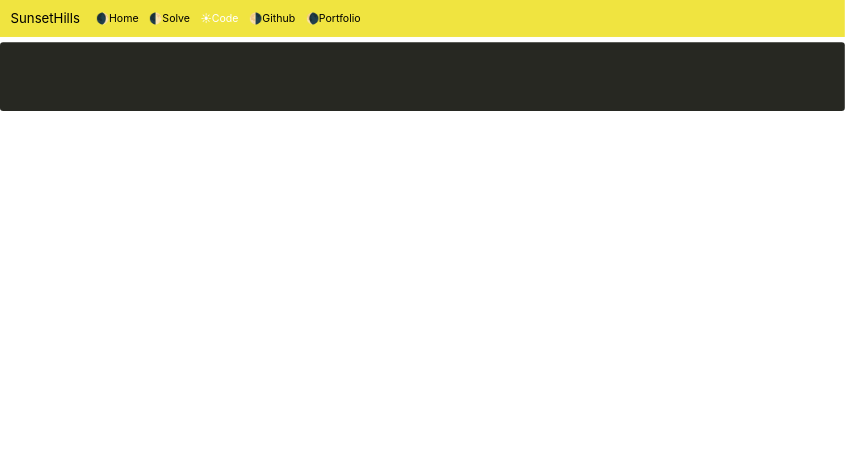
Repository: zhadjah9559/SunsetHills
Page: code.html
The author's editor kept a copy of each file at every save. The page is drawn from the files as they stood at one save, then again after the next save.
The browser window is 1280 px wide. The pictures show the whole page, at 66% of full size.

Above is the page before, as saved 2021-01-14 17:16:41.

### code.html
<!doctype html>
<html lang="en">
  <head>
    <title>Title</title>
    <!-- Required meta tags -->
    <meta charset="utf-8">
    <meta name="viewport" content="width=device-width, initial-scale=1, shrink-to-fit=no">
    <meta http-equiv="X-UA-Compatible" content="ie=edge">
    <title>Fizz Buzz Coding Challenge (Implementing the Meta Strat</title>


    <!-- Bootstrap CSS -->
    <link rel="stylesheet" href="https://stackpath.bootstrapcdn.com/bootstrap/4.3.1/css/bootstrap.min.css" integrity="sha384-ggOyR0iXCbMQv3Xipma34MD+dH/1fQ784/j6cY/iJTQUOhcWr7x9JvoRxT2MZw1T" crossorigin="anonymous">
    <link rel="stylesheet" href="css/custom.css">
    <link rel="stylesheet" href="css/prism.css">

  </head>
  <body>
    <nav class="navbar navbar-expand-sm navbar-dark" style="background-color:  #F0E440;">
        <a class="navbar-brand" href="#">SunsetHills</a>
        <button class="navbar-toggler d-lg-none" type="button" data-toggle="collapse" data-target="#collapsibleNavId" aria-controls="collapsibleNavId"
            aria-expanded="false" aria-label="Toggle navigation"></button>
        <div class="collapse navbar-collapse" id="collapsibleNavId">
            <ul class="navbar-nav mr-auto mt-2 mt-lg-0">
                <li class="nav-item">
                    <a class="nav-link" href="index.html">🌒Home </a>
                </li>
                <li class="nav-item">
                    <a class="nav-link" href="solve.html">🌓Solve </a>
                </li>
                <li class="nav-item">
                    <a class="nav-link active" href="code.html">☀Code <span class="sr-only">(current)</span></a>
                </li>
                <li class="nav-item">
                    <a class="nav-link" target="_blank" href="https://github.com/zhadjah9559/SunsetHills">🌗Github</a>
                </li>
                <li class="nav-item">
                    <a class="nav-link" target="_blank" href="https://www.zacharyhadjah.netlify.app">🌘Portfolio</a>
                </li>
            </ul>
        </div>
    </nav>

    <pre class="language-javascript">
        <code class="line-numbers">

        </code>
    </pre>

    <!-- Optional JavaScript -->
    <!-- jQuery first, then Popper.js, then Bootstrap JS -->
    <script src="https://code.jquery.com/jquery-3.3.1.slim.min.js" integrity="sha384-q8i/X+965DzO0rT7abK41JStQIAqVgRVzpbzo5smXKp4YfRvH+8abtTE1Pi6jizo" crossorigin="anonymous"></script>
    <script src="https://cdnjs.cloudflare.com/ajax/libs/popper.js/1.14.7/umd/popper.min.js" integrity="sha384-UO2eT0CpHqdSJQ6hJty5KVphtPhzWj9WO1clHTMGa3JDZwrnQq4sF86dIHNDz0W1" crossorigin="anonymous"></script>
    <script src="https://stackpath.bootstrapcdn.com/bootstrap/4.3.1/js/bootstrap.min.js" integrity="sha384-JjSmVgyd0p3pXB1rRibZUAYoIIy6OrQ6VrjIEaFf/nJGzIxFDsf4x0xIM+B07jRM" crossorigin="anonymous"></script>
    <script src="js/custom.js"></script>
    <script src="js/prism.js"></script>

  </body>
</html>

### css/custom.css
.navbar-dark .navbar-nav .active>.nav-link{
    color:black;
}
.navbar-dark .navbar-nav .nav-link{
    color:black;
}
.navbar .navbar-brand{
    color:black;
}

.container {
    width:960px;
    height:640px;
    position:absolute;
    top:50%;
    left:50%;
    margin-top:-320px;
    margin-left:-480px;
}

### css/prism.css
/* PrismJS 1.23.0
https://prismjs.com/download.html#themes=prism-okaidia&languages=markup+css+clike+javascript&plugins=normalize-whitespace */
/**
 * okaidia theme for JavaScript, CSS and HTML
 * Loosely based on Monokai textmate theme by http://www.monokai.nl/
 * @author ocodia
 */

code[class*="language-"],
pre[class*="language-"] {
	color: #f8f8f2;
	background: none;
	text-shadow: 0 1px rgba(0, 0, 0, 0.3);
	font-family: Consolas, Monaco, 'Andale Mono', 'Ubuntu Mono', monospace;
	font-size: 1em;
	text-align: left;
	white-space: pre;
	word-spacing: normal;
	word-break: normal;
	word-wrap: normal;
	line-height: 1.5;

	-moz-tab-size: 4;
	-o-tab-size: 4;
	tab-size: 4;

	-webkit-hyphens: none;
	-moz-hyphens: none;
	-ms-hyphens: none;
	hyphens: none;
}

/* Code blocks */
pre[class*="language-"] {
	padding: 1em;
	margin: .5em 0;
	overflow: auto;
	border-radius: 0.3em;
}

:not(pre) > code[class*="language-"],
pre[class*="language-"] {
	background: #272822;
}

/* Inline code */
:not(pre) > code[class*="language-"] {
	padding: .1em;
	border-radius: .3em;
	white-space: normal;
}

.token.comment,
.token.prolog,
.token.doctype,
.token.cdata {
	color: #8292a2;
}

.token.punctuation {
	color: #f8f8f2;
}

.token.namespace {
	opacity: .7;
}

.token.property,
.token.tag,
.token.constant,
.token.symbol,
.token.deleted {
	color: #f92672;
}

.token.boolean,
.token.number {
	color: #ae81ff;
}

.token.selector,
.token.attr-name,
.token.string,
.token.char,
.token.builtin,
.token.inserted {
	color: #a6e22e;
}

.token.operator,
.token.entity,
.token.url,
.language-css .token.string,
.style .token.string,
.token.variable {
	color: #f8f8f2;
}

.token.atrule,
.token.attr-value,
.token.function,
.token.class-name {
	color: #e6db74;
}

.token.keyword {
	color: #66d9ef;
}

.token.regex,
.token.important {
	color: #fd971f;
}

.token.important,
.token.bold {
	font-weight: bold;
}
.token.italic {
	font-style: italic;
}

.token.entity {
	cursor: help;
}

### js/custom.js
let sunsetOrder = "";

function BeginFunction(){
    //wire up all the data to the building variables
    let building1 = parseInt( document.getElementById("input1") )
    let building2 = parseInt( document.getElementById("input2") )
    let building3 = parseInt( document.getElementById("input3") )
    let building4 = parseInt( document.getElementById("input4") )
    let building5 = parseInt( document.getElementById("input5") )

    const buildings = document.querySelectorAll(".form-control").forEach( building =>{
        JasonsFunction()
    })

     //Put all the buildings into an array
     //let buildingsArray = [building1, building2, building3, building4, building5]


    //Create multiple functions for debugging purposes
    //helps keeps track of exactly where problems are
    //KeepTrackOfTallest();

}

function KeepTrackOfTallest(){


    //You will need to use  nested for loops. Nested for loops are how you can properly
    //compare elements inside of an array with eachother.

    //Loop starts at one because it will be the loop that is compared to all the
    //previous buildings that are infront of it
    for (let currentBuilding = 1; currentBuilding < buildingsArray.length; currentBuilding++) {

        //will be kept false UNTIL you find the tallest building
        //once tallest building is found, it will be switched to true
        let tallestBuilding = false

        //this loop starts at one because it will need to stay before the position of the
        //current building. It needs to stay before current building to properly compare
        //which building is taller. That is why the middle condition is
        // previousBuilding < currentBuilding
        for (let previousBuilding = 0; previousBuilding < currentBuilding; previousBuilding++) {

            //if any of the previous building are taller than the building that is currently being compared with,
            //then change the bool to true
            if(buildingsArray[previousBuilding] >= buildingsArray[currentBuilding]){
                tallest = true;
                break;
            }else
                continue;

        }
    }

    if(tallestBuilding == false)
        sunsetOrder.push("")
    else
        sunsetOrder.push("")

    results = sunsetOrder.join("");
    document.getElementById("results").innerHTML = `${results}`;
}

function JasonsFunction(){
    let maxHeight = buildingsArray[0]
    let viewOrder = new Array()
    viewOrder.push(building1)

    //if the current building is larger than the largest previous building, then add it to array
    //Determine maximum number algorithm
    for (let i = 1; i < array.length; i++) {
        if(buildingsArray[i] > maxheight){
            maxHeight = buildingsArray[i]
            viewOrder.push(maxheight)
        }
        document.getElementById("results").innerText =  `The ascending array is [ ${ascendingarray.join(",")}]`
    }
}

function clear(){
    buildings.querySelectorAll("")
}

Loaded but not shown: js/prism.js (library)

After the next save:
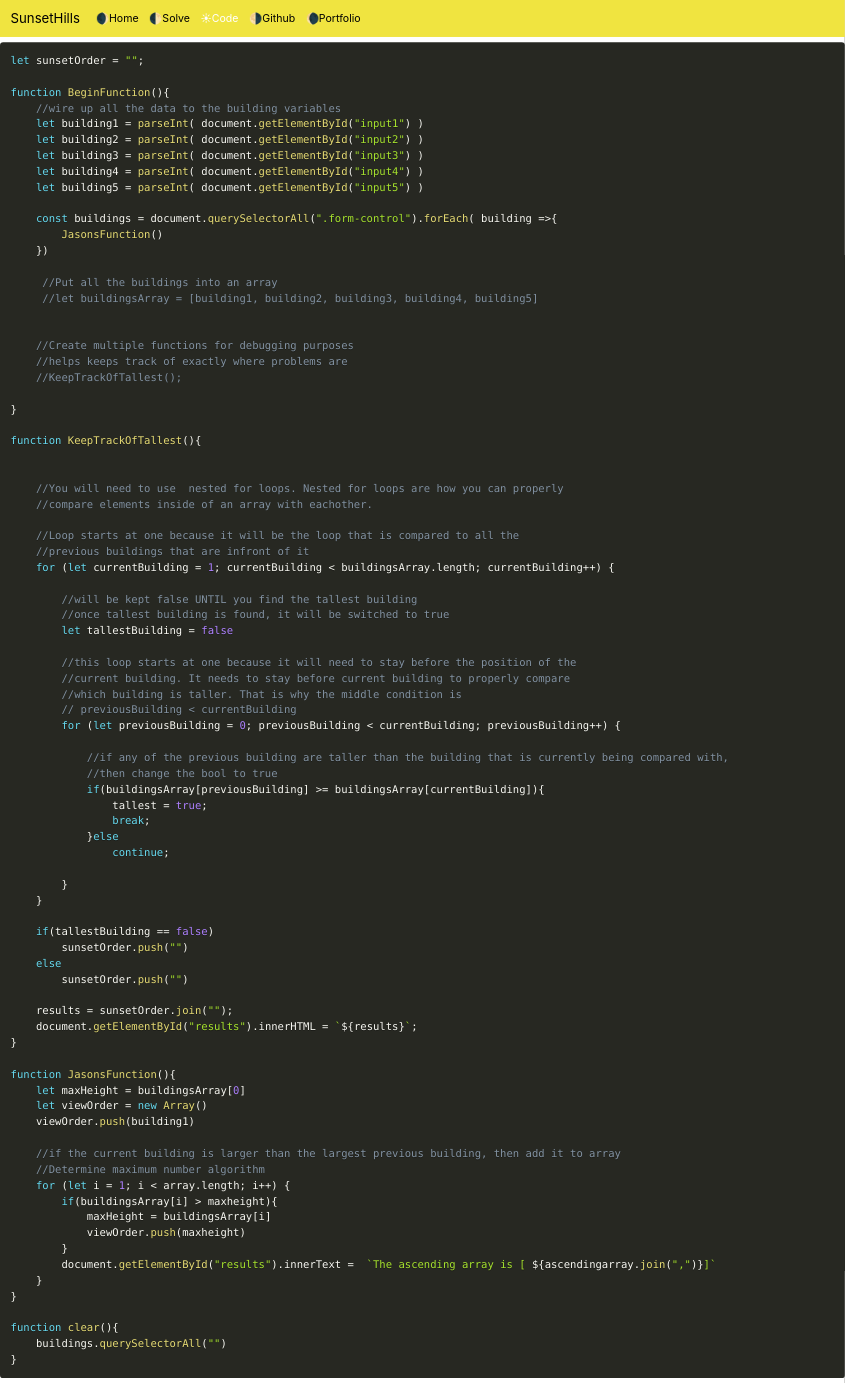
Saved 119 s later.
--- a/code.html
+++ b/code.html
@@ -43,7 +43,89 @@
 
     <pre class="language-javascript">
         <code class="line-numbers">
+            let sunsetOrder = "";
 
+function BeginFunction(){
+    //wire up all the data to the building variables
+    let building1 = parseInt( document.getElementById("input1") )
+    let building2 = parseInt( document.getElementById("input2") )
+    let building3 = parseInt( document.getElementById("input3") )
+    let building4 = parseInt( document.getElementById("input4") )
+    let building5 = parseInt( document.getElementById("input5") )
+
+    const buildings = document.querySelectorAll(".form-control").forEach( building =>{
+        JasonsFunction()
+    })
+
+     //Put all the buildings into an array
+     //let buildingsArray = [building1, building2, building3, building4, building5]
+
+
+    //Create multiple functions for debugging purposes
+    //helps keeps track of exactly where problems are
+    //KeepTrackOfTallest();
+
+}
+
+function KeepTrackOfTallest(){
+
+
+    //You will need to use  nested for loops. Nested for loops are how you can properly
+    //compare elements inside of an array with eachother.
+
+    //Loop starts at one because it will be the loop that is compared to all the
+    //previous buildings that are infront of it
+    for (let currentBuilding = 1; currentBuilding < buildingsArray.length; currentBuilding++) {
+
+        //will be kept false UNTIL you find the tallest building
+        //once tallest building is found, it will be switched to true
+        let tallestBuilding = false
+
+        //this loop starts at one because it will need to stay before the position of the
+        //current building. It needs to stay before current building to properly compare
+        //which building is taller. That is why the middle condition is
+        // previousBuilding < currentBuilding
+        for (let previousBuilding = 0; previousBuilding < currentBuilding; previousBuilding++) {
+
+            //if any of the previous building are taller than the building that is currently being compared with,
+            //then change the bool to true
+            if(buildingsArray[previousBuilding] >= buildingsArray[currentBuilding]){
+                tallest = true;
+                break;
+            }else
+                continue;
+
+        }
+    }
+
+    if(tallestBuilding == false)
+        sunsetOrder.push("")
+    else
+        sunsetOrder.push("")
+
+    results = sunsetOrder.join("");
+    document.getElementById("results").innerHTML = `${results}`;
+}
+
+function JasonsFunction(){
+    let maxHeight = buildingsArray[0]
+    let viewOrder = new Array()
+    viewOrder.push(building1)
+
+    //if the current building is larger than the largest previous building, then add it to array
+    //Determine maximum number algorithm
+    for (let i = 1; i < array.length; i++) {
+        if(buildingsArray[i] > maxheight){
+            maxHeight = buildingsArray[i]
+            viewOrder.push(maxheight)
+        }
+        document.getElementById("results").innerText =  `The ascending array is [ ${ascendingarray.join(",")}]`
+    }
+}
+
+function clear(){
+    buildings.querySelectorAll("")
+}
         </code>
     </pre>
 
